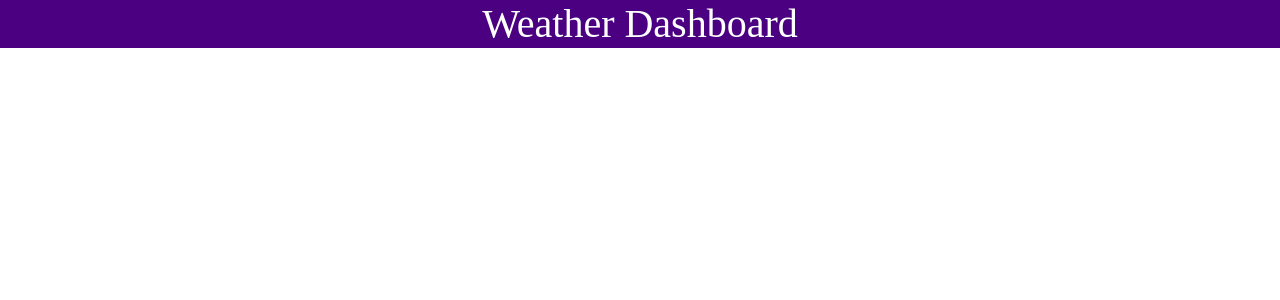
Repository: Llenrocc/Weather_API
Page: index.html
An editor plug-in stored every save of this project. The page is shown before and after the next save, followed by the edit.
The browser window is 1280 px wide. The pictures show the whole page.
Some web fonts or font styles are not loaded; a fallback is used.

Above is the page before, as saved 2020-07-17 21:55:57.

After the next save:
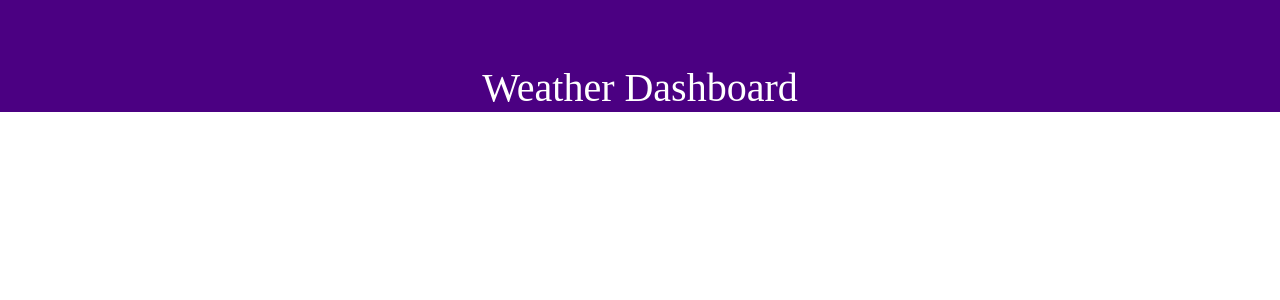
Saved 7 s later.
--- a/style.css
+++ b/style.css
@@ -1,5 +1,5 @@
 .header {
-    padding-top: 5;
+    padding-top: 5%;
     text-align: center;
     background-color: #4B0082;
     color: white;
